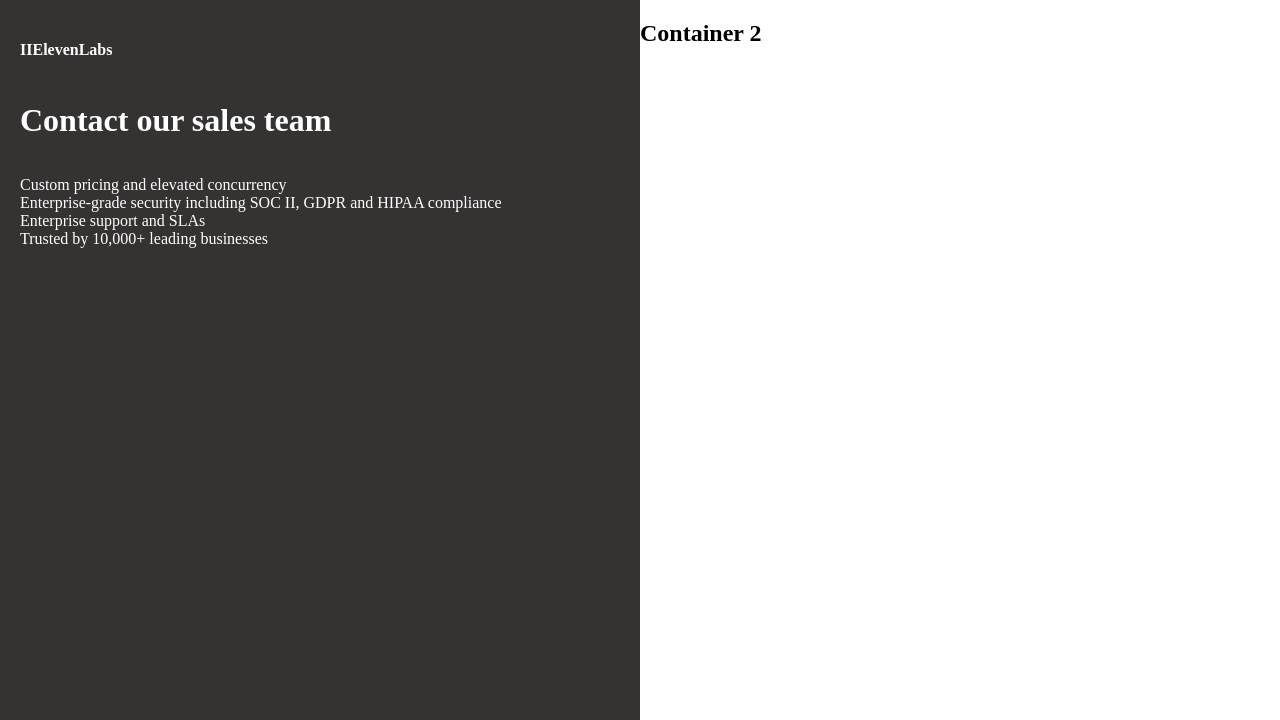
Repository: RohanSai22/harkirat-cohort-learnings
Page: Web/w1_a2.html
An editor plug-in stored every save of this project. The page is shown before and after the next save, followed by the edit.
The browser window is 1280 px wide. The pictures show the whole page.

Above is the page before, as saved 2026-03-24 12:07:39.

### Web/w1_a2.html
<html>
    <head>
        <title>Eleven Labs : Sales Page </title>
    </head>
    <body style="margin:0; padding:0">
        <div style ="min-height: 100vh; display: flex;">
            <div style="flex:1;background-color: rgb(53, 50, 50); color: white">
                <div style="display:flex;justify-content: space-between; flex-direction: column; margin: 20px;">
                    <h4>IIElevenLabs</h4>
                    <h1>Contact our sales team</h1>
                    <p style="font-weight: lighter;">
                    Custom pricing and elevated concurrency<br>
                    Enterprise-grade security including SOC II, GDPR and HIPAA compliance<br>
                    Enterprise support and SLAs<br>
                    Trusted by 10,000+ leading businesses
                    </p>
                </div>
            </div>
            <div style="flex:1;background-color: white;">
                 <h2>Container 2</h2>
            </div>
        </div>
    </body>
</html>

After the next save:
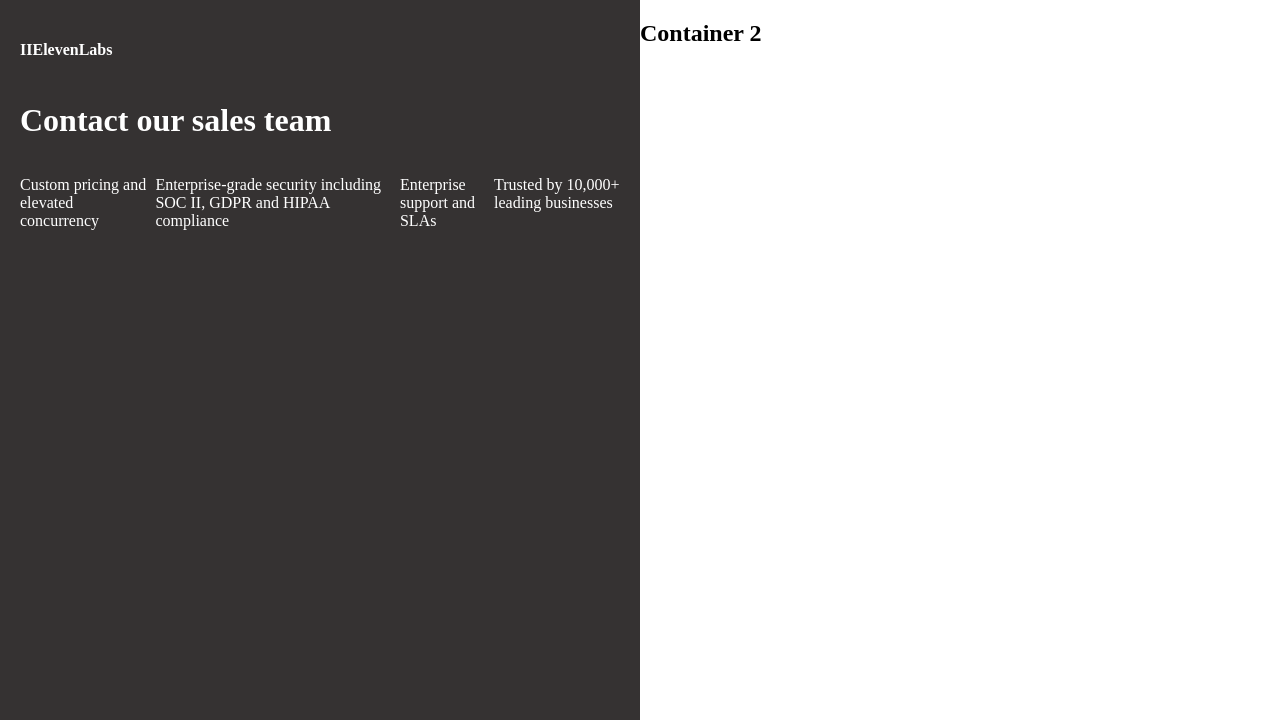
Saved 68 s later.
--- a/Web/w1_a2.html
+++ b/Web/w1_a2.html
@@ -8,12 +8,12 @@
                 <div style="display:flex;justify-content: space-between; flex-direction: column; margin: 20px;">
                     <h4>IIElevenLabs</h4>
                     <h1>Contact our sales team</h1>
-                    <p style="font-weight: lighter;">
-                    Custom pricing and elevated concurrency<br>
-                    Enterprise-grade security including SOC II, GDPR and HIPAA compliance<br>
-                    Enterprise support and SLAs<br>
-                    Trusted by 10,000+ leading businesses
-                    </p>
+                    <div style="display: flex; justify-content: space-evenly;">
+                        <p>Custom pricing and elevated concurrency</p>
+                        <p>Enterprise-grade security including SOC II, GDPR and HIPAA compliance</p>
+                        <p>Enterprise support and SLAs</p>
+                        <p>Trusted by 10,000+ leading businesses</p>
+                    </div>
                 </div>
             </div>
             <div style="flex:1;background-color: white;">
